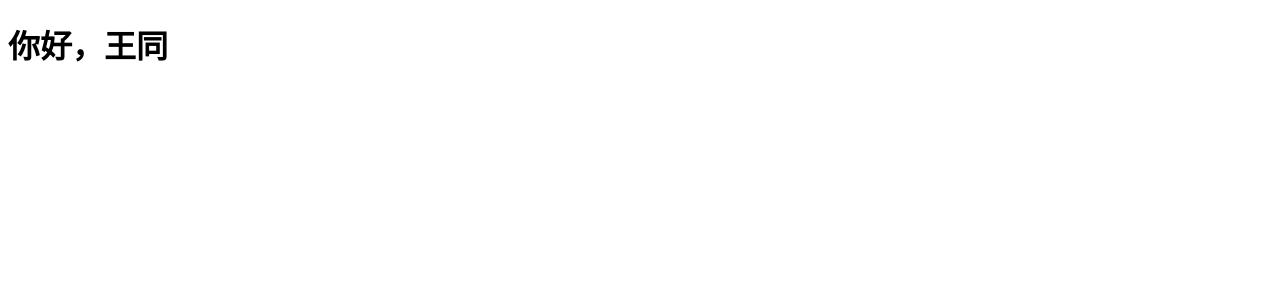
Repository: reggiepy/vueLeaning
Page: 04 el与data的两种写法/el与data两种写法.html
The author's editor kept a copy of each file at every save. The page is drawn from the files as they stood at one save, then again after the next save.
The browser window is 1280 px wide. The pictures show the whole page.

Above is the page before, as saved 2021-12-05 15:07:59.

After the next save:
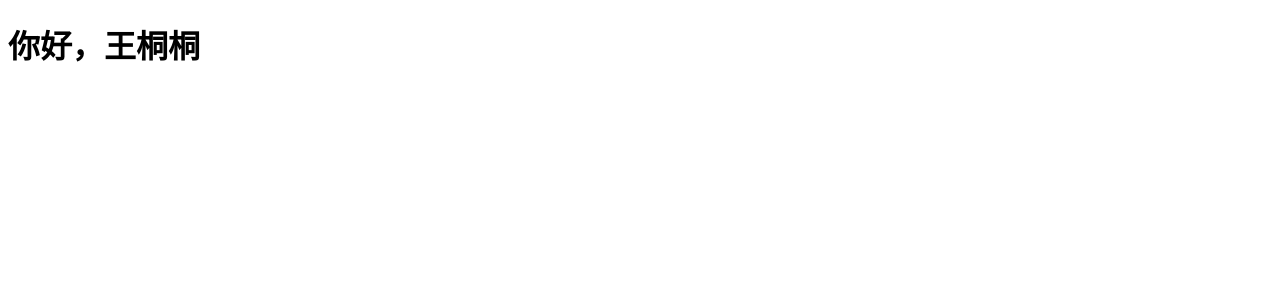
Saved 4 min 57 s later.
--- a/04 el与data的两种写法/el与data两种写法.html
+++ b/04 el与data的两种写法/el与data两种写法.html
@@ -13,29 +13,34 @@
     </div>
     <script>
         Vue.config.productionTip = false;
-        // el两种写法
-        const v = new Vue({
-            // el: "#root", // 第一种写法
-            data: {
-                name: "王同"
-           }
-        })
-        console.log(v)
-        // 第二种写法
-        v.$mount("#root")
-        // setTimeout(()=>{
-        //     v.$mount("#root")
-        // }, 1000)
+        // // el两种写法
+        // const v = new Vue({
+        //     // el: "#root", // 第一种写法
+        //     data: {
+        //         name: "王同"
+        //    }
+        // })
+        // console.log(v)
+        // // 第二种写法
+        // v.$mount("#root")
+        // // setTimeout(()=>{
+        // //     v.$mount("#root")
+        // // }, 1000)
 
         // data两种写法
         new Vue({
             el: "#root",
-            // data第一种写法
-            data: {
-                name: "王同"
+        //     // data第一种写法
+        //     data: {
+        //         name: "王同"
+        //    }
+        // data第二种写法
+           data: function () {
+                return {
+                    name: "王桐桐"
+                }
            }
         })
-        // data第二种写法
     </script>
 </body>
 </html>
